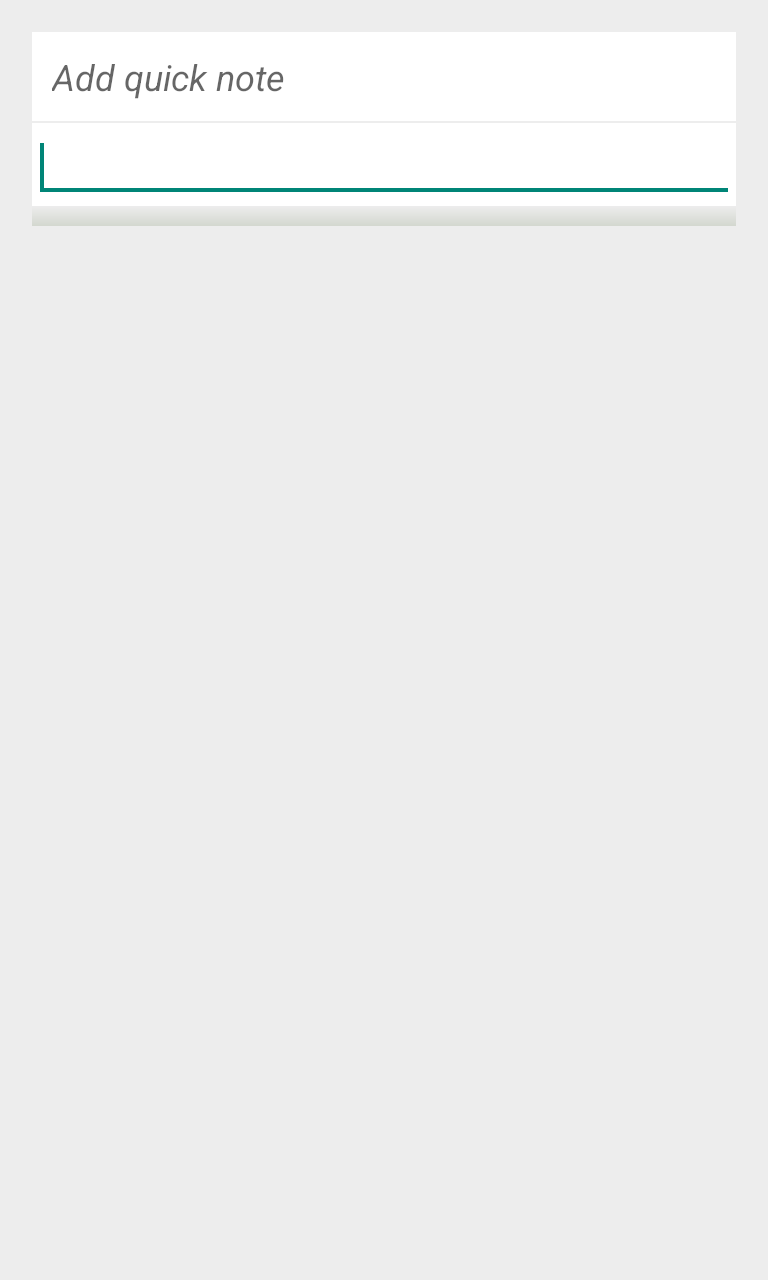
Repository: ishwormali/practices
Layout: Android/GoogleKeep/GoogleKeep/res/layout/fragment_main.xml
These files come from the project's save history. The layout is drawn as it stood at one moment and after the next save; the edit follows.
It is drawn on a 768 x 1280 px phone screen (xhdpi) without system bars, with theme Theme.Orangeboom; the app's code is not run.

Above is the layout before, as saved 2014-04-01 05:50:13.

### Android/GoogleKeep/GoogleKeep/res/layout/fragment_main.xml
<RelativeLayout xmlns:android="http://schemas.android.com/apk/res/android"
    xmlns:tools="http://schemas.android.com/tools"
    android:layout_width="match_parent"
    android:layout_height="match_parent"
    android:paddingBottom="@dimen/activity_vertical_margin"
    android:paddingLeft="@dimen/activity_horizontal_margin"
    android:paddingRight="@dimen/activity_horizontal_margin"
    android:paddingTop="@dimen/activity_vertical_margin"
    tools:context="com.practices.googlekeep.MainActivity$PlaceholderFragment"
    android:background="@color/main_background"
      >

    <LinearLayout
        android:layout_width="match_parent"
        android:layout_height="wrap_content"
        android:layout_alignParentTop="true"
        android:layout_centerHorizontal="true"
        android:background="@drawable/area_container"
        android:orientation="vertical" >

        <EditText
            android:id="@+id/text_quicknote"
            android:layout_width="match_parent"
            android:layout_height="wrap_content"
            android:ems="10"  android:hint="@string/add_quick_note"
            android:background="@drawable/edit_box"
            android:textColor="@android:color/black"
android:textCursorDrawable="@null" android:padding="10dp"
             >

            <requestFocus />
        </EditText>
        <View
android:layout_width="fill_parent"
android:layout_height="1dip"
android:background="@color/main_background" />
        <EditText
            android:id="@+id/text_quicknote2"
            android:layout_width="match_parent"
            android:layout_height="wrap_content"
            android:ems="10" >

            <requestFocus />
        </EditText>
        <View
    android:id="@+id/divider"
    android:background="@drawable/drop_shadow"
    android:layout_width="match_parent"
    android:layout_height="10sp"
     />
    </LinearLayout>

</RelativeLayout>

### Android/GoogleKeep/GoogleKeep/res/values-v14/themes.xml
<?xml version="1.0" encoding="utf-8"?>
<!-- File created by the Android Action Bar Style Generator

     Copyright (C) 2011 The Android Open Source Project
     Copyright (C) 2012 readyState Software Ltd

     Licensed under the Apache License, Version 2.0 (the "License");
     you may not use this file except in compliance with the License.
     You may obtain a copy of the License at

          http://www.apache.org/licenses/LICENSE-2.0

     Unless required by applicable law or agreed to in writing, software
     distributed under the License is distributed on an "AS IS" BASIS,
     WITHOUT WARRANTIES OR CONDITIONS OF ANY KIND, either express or implied.
     See the License for the specific language governing permissions and
     limitations under the License.
-->

<resources xmlns:android="http://schemas.android.com/apk/res/android">

    <style name="Theme.Orangeboom" parent="@style/Theme.AppCompat.Light">
        <item name="android:actionBarItemBackground">@drawable/selectable_background_orangeboom</item>
        <item name="android:popupMenuStyle">@style/PopupMenu.Orangeboom</item>
        <item name="android:dropDownListViewStyle">@style/DropDownListView.Orangeboom</item>
        <item name="android:actionBarTabStyle">@style/ActionBarTabStyle.Orangeboom</item>
        <item name="android:actionDropDownStyle">@style/DropDownNav.Orangeboom</item>
        <item name="android:actionBarStyle">@style/ActionBar.Solid.Orangeboom</item>
        <item name="android:actionModeBackground">@drawable/cab_background_top_orangeboom</item>
        <item name="android:actionModeSplitBackground">@drawable/cab_background_bottom_orangeboom</item>
        <item name="android:actionModeCloseButtonStyle">@style/ActionButton.CloseMode.Orangeboom</item>
         <item name="actionMenuTextColor">@android:color/white</item>

    </style>

    <style name="ActionBar.Solid.Orangeboom" parent="@style/Widget.AppCompat.Light.ActionBar.Solid">
        <item name="android:background">@drawable/ab_solid_orangeboom</item>
        <item name="android:backgroundStacked">@drawable/ab_stacked_solid_orangeboom</item>
        <item name="android:backgroundSplit">@drawable/ab_bottom_solid_orangeboom</item>
        <item name="android:progressBarStyle">@style/ProgressBar.Orangeboom</item>
       <item name="android:titleTextStyle">@style/ActionBar.TextStyle.Orangeboom</item>
<!--        <item name="android:logo">@drawable/text_x_todo</item> -->
    </style>

    <style name="ActionBar.TextStyle.Orangeboom"
           parent="@style/TextAppearance.AppCompat.Widget.ActionBar.Title">
        <item name="android:textColor">@android:color/white</item>
    </style>

    <style name="ActionBar.Transparent.Orangeboom" parent="@style/Widget.AppCompat.Light.ActionBar">
        <item name="android:background">@drawable/ab_transparent_orangeboom</item>
        <item name="android:progressBarStyle">@style/ProgressBar.Orangeboom</item>
    </style>

    <!-- this style is only referenced in a Light.DarkActionBar based theme -->
    <style name="Theme.Orangeboom.Widget" parent="@style/Theme.AppCompat">
        <item name="android:popupMenuStyle">@style/PopupMenu.Orangeboom</item>
        <item name="android:dropDownListViewStyle">@style/DropDownListView.Orangeboom</item>
    </style>

</resources>

### Android/GoogleKeep/GoogleKeep/res/values/themes.xml
<?xml version="1.0" encoding="utf-8"?>
<!-- File created by the Android Action Bar Style Generator

     Copyright (C) 2011 The Android Open Source Project
     Copyright (C) 2012 readyState Software Ltd

     Licensed under the Apache License, Version 2.0 (the "License");
     you may not use this file except in compliance with the License.
     You may obtain a copy of the License at

          http://www.apache.org/licenses/LICENSE-2.0

     Unless required by applicable law or agreed to in writing, software
     distributed under the License is distributed on an "AS IS" BASIS,
     WITHOUT WARRANTIES OR CONDITIONS OF ANY KIND, either express or implied.
     See the License for the specific language governing permissions and
     limitations under the License.
-->

<resources xmlns:android="http://schemas.android.com/apk/res/android">

    <style name="Theme.Orangeboom" parent="@style/Theme.AppCompat.Light">
        <item name="actionBarItemBackground">@drawable/selectable_background_orangeboom</item>
        <item name="popupMenuStyle">@style/PopupMenu.Orangeboom</item>
        <item name="dropDownListViewStyle">@style/DropDownListView.Orangeboom</item>
        <item name="actionBarTabStyle">@style/ActionBarTabStyle.Orangeboom</item>
        <item name="actionDropDownStyle">@style/DropDownNav.Orangeboom</item>
        <item name="actionBarStyle">@style/ActionBar.Solid.Orangeboom</item>
        <item name="actionModeBackground">@drawable/cab_background_top_orangeboom</item>
        <item name="actionModeSplitBackground">@drawable/cab_background_bottom_orangeboom</item>
        <item name="actionModeCloseButtonStyle">@style/ActionButton.CloseMode.Orangeboom</item>
 <item name="actionMenuTextColor">@android:color/white</item>


    </style>

    <style name="ActionBar.Solid.Orangeboom" parent="@style/Widget.AppCompat.Light.ActionBar.Solid">
        <item name="background">@drawable/ab_solid_orangeboom</item>
        <item name="backgroundStacked">@drawable/ab_stacked_solid_orangeboom</item>
        <item name="backgroundSplit">@drawable/ab_bottom_solid_orangeboom</item>
        <item name="progressBarStyle">@style/ProgressBar.Orangeboom</item>
         <item name="titleTextStyle">@style/ActionBar.TextStyle.Orangeboom</item>
<!--          <item name="logo">@drawable/text_x_todo</item> -->
    </style>

     <style name="ActionBar.TextStyle.Orangeboom"
           parent="@style/TextAppearance.AppCompat.Widget.ActionBar.Title">
        <item name="android:textColor">@android:color/white</item>
    </style>

    <style name="ActionBar.Transparent.Orangeboom" parent="@style/Widget.AppCompat.Light.ActionBar">
        <item name="background">@drawable/ab_transparent_orangeboom</item>
        <item name="progressBarStyle">@style/ProgressBar.Orangeboom</item>
    </style>

    <style name="PopupMenu.Orangeboom" parent="@style/Widget.AppCompat.Light.PopupMenu">
        <item name="android:popupBackground">@drawable/menu_dropdown_panel_orangeboom</item>
    </style>

    <style name="DropDownListView.Orangeboom" parent="@style/Widget.AppCompat.Light.ListView.DropDown">
        <item name="android:listSelector">@drawable/selectable_background_orangeboom</item>
    </style>

    <style name="ActionBarTabStyle.Orangeboom" parent="@style/Widget.AppCompat.Light.ActionBar.TabView">
        <item name="android:background">@drawable/tab_indicator_ab_orangeboom</item>
        <item name="android:textColor">@android:color/white</item>
    </style>

    <style name="DropDownNav.Orangeboom" parent="@style/Widget.AppCompat.Light.Spinner.DropDown.ActionBar">
        <item name="android:background">@drawable/spinner_background_ab_orangeboom</item>
        <item name="android:popupBackground">@drawable/menu_dropdown_panel_orangeboom</item>
        <item name="android:dropDownSelector">@drawable/selectable_background_orangeboom</item>
    </style>

    <style name="ProgressBar.Orangeboom" parent="@style/Widget.AppCompat.ProgressBar.Horizontal">
        <item name="android:progressDrawable">@drawable/progress_horizontal_orangeboom</item>
    </style>

    <style name="ActionButton.CloseMode.Orangeboom" parent="@style/Widget.AppCompat.Light.ActionButton.CloseMode">
        <item name="android:background">@drawable/btn_cab_done_orangeboom</item>
    </style>

    <!-- this style is only referenced in a Light.DarkActionBar based theme -->
    <style name="Theme.Orangeboom.Widget" parent="@style/Theme.AppCompat">
        <item name="popupMenuStyle">@style/PopupMenu.Orangeboom</item>
        <item name="dropDownListViewStyle">@style/DropDownListView.Orangeboom</item>
    </style>

</resources>

### Android/GoogleKeep/GoogleKeep/res/drawable/selectable_background_orangeboom.xml
<?xml version="1.0" encoding="utf-8"?>
<!-- File created by the Android Action Bar Style Generator

     Copyright (C) 2011 The Android Open Source Project
     Copyright (C) 2012 readyState Software Ltd

     Licensed under the Apache License, Version 2.0 (the "License");
     you may not use this file except in compliance with the License.
     You may obtain a copy of the License at

          http://www.apache.org/licenses/LICENSE-2.0

     Unless required by applicable law or agreed to in writing, software
     distributed under the License is distributed on an "AS IS" BASIS,
     WITHOUT WARRANTIES OR CONDITIONS OF ANY KIND, either express or implied.
     See the License for the specific language governing permissions and
     limitations under the License.
-->

<selector xmlns:android="http://schemas.android.com/apk/res/android"
        android:exitFadeDuration="@android:integer/config_mediumAnimTime" >
    <item android:state_pressed="false" android:state_focused="true" android:drawable="@drawable/list_focused_orangeboom" />
    <item android:state_pressed="true" android:drawable="@drawable/list_pressed_orangeboom" />
    <item android:drawable="@android:color/transparent" />
</selector>

### Android/GoogleKeep/GoogleKeep/res/drawable/btn_cab_done_orangeboom.xml
<?xml version="1.0" encoding="utf-8"?>
<!-- File created by the Android Action Bar Style Generator

     Copyright (C) 2011 The Android Open Source Project
     Copyright (C) 2012 readyState Software Ltd

     Licensed under the Apache License, Version 2.0 (the "License");
     you may not use this file except in compliance with the License.
     You may obtain a copy of the License at

          http://www.apache.org/licenses/LICENSE-2.0

     Unless required by applicable law or agreed to in writing, software
     distributed under the License is distributed on an "AS IS" BASIS,
     WITHOUT WARRANTIES OR CONDITIONS OF ANY KIND, either express or implied.
     See the License for the specific language governing permissions and
     limitations under the License.
-->

<selector xmlns:android="http://schemas.android.com/apk/res/android">
    <item android:state_pressed="true"
        android:drawable="@drawable/btn_cab_done_pressed_orangeboom" />
    <item android:state_focused="true" android:state_enabled="true"
        android:drawable="@drawable/btn_cab_done_focused_orangeboom" />
    <item android:state_enabled="true"
        android:drawable="@drawable/btn_cab_done_default_orangeboom" />
</selector>

### Android/GoogleKeep/GoogleKeep/res/drawable/progress_horizontal_orangeboom.xml
<?xml version="1.0" encoding="utf-8"?>
<!-- File created by the Android Action Bar Style Generator

     Copyright (C) 2011 The Android Open Source Project
     Copyright (C) 2012 readyState Software Ltd

     Licensed under the Apache License, Version 2.0 (the "License");
     you may not use this file except in compliance with the License.
     You may obtain a copy of the License at

          http://www.apache.org/licenses/LICENSE-2.0

     Unless required by applicable law or agreed to in writing, software
     distributed under the License is distributed on an "AS IS" BASIS,
     WITHOUT WARRANTIES OR CONDITIONS OF ANY KIND, either express or implied.
     See the License for the specific language governing permissions and
     limitations under the License.
-->

<layer-list xmlns:android="http://schemas.android.com/apk/res/android">

    <item android:id="@android:id/background"
          android:drawable="@drawable/progress_bg_orangeboom" />

    <item android:id="@android:id/secondaryProgress">
        <scale android:scaleWidth="100%"
               android:drawable="@drawable/progress_secondary_orangeboom" />
    </item>

    <item android:id="@android:id/progress">
        <scale android:scaleWidth="100%"
               android:drawable="@drawable/progress_primary_orangeboom" />
    </item>

</layer-list>

### Android/GoogleKeep/GoogleKeep/res/drawable/spinner_background_ab_orangeboom.xml
<?xml version="1.0" encoding="utf-8"?>
<!-- File created by the Android Action Bar Style Generator

     Copyright (C) 2011 The Android Open Source Project
     Copyright (C) 2012 readyState Software Ltd

     Licensed under the Apache License, Version 2.0 (the "License");
     you may not use this file except in compliance with the License.
     You may obtain a copy of the License at

          http://www.apache.org/licenses/LICENSE-2.0

     Unless required by applicable law or agreed to in writing, software
     distributed under the License is distributed on an "AS IS" BASIS,
     WITHOUT WARRANTIES OR CONDITIONS OF ANY KIND, either express or implied.
     See the License for the specific language governing permissions and
     limitations under the License.
-->

<selector xmlns:android="http://schemas.android.com/apk/res/android">
    <item android:state_enabled="false"
        android:drawable="@drawable/spinner_ab_disabled_orangeboom" />
    <item android:state_pressed="true"
        android:drawable="@drawable/spinner_ab_pressed_orangeboom" />
    <item android:state_pressed="false" android:state_focused="true"
        android:drawable="@drawable/spinner_ab_focused_orangeboom" />
    <item android:drawable="@drawable/spinner_ab_default_orangeboom" />
</selector>

### Android/GoogleKeep/GoogleKeep/res/drawable/tab_indicator_ab_orangeboom.xml
<?xml version="1.0" encoding="utf-8"?>
<!-- File created by the Android Action Bar Style Generator

     Copyright (C) 2011 The Android Open Source Project
     Copyright (C) 2012 readyState Software Ltd

     Licensed under the Apache License, Version 2.0 (the "License");
     you may not use this file except in compliance with the License.
     You may obtain a copy of the License at

          http://www.apache.org/licenses/LICENSE-2.0

     Unless required by applicable law or agreed to in writing, software
     distributed under the License is distributed on an "AS IS" BASIS,
     WITHOUT WARRANTIES OR CONDITIONS OF ANY KIND, either express or implied.
     See the License for the specific language governing permissions and
     limitations under the License.
-->

<selector xmlns:android="http://schemas.android.com/apk/res/android">
    <!-- Non focused states -->
    <item android:state_focused="false" android:state_selected="false" android:state_pressed="false" android:drawable="@android:color/transparent" />
    <item android:state_focused="false" android:state_selected="true"  android:state_pressed="false" android:drawable="@drawable/tab_selected_orangeboom" />

    <!-- Focused states -->
    <item android:state_focused="true" android:state_selected="false" android:state_pressed="false" android:drawable="@drawable/tab_unselected_focused_orangeboom" />
    <item android:state_focused="true" android:state_selected="true"  android:state_pressed="false" android:drawable="@drawable/tab_selected_focused_orangeboom" />

    <!-- Pressed -->
    <!--    Non focused states -->
    <item android:state_focused="false" android:state_selected="false" android:state_pressed="true" android:drawable="@drawable/tab_unselected_pressed_orangeboom" />
    <item android:state_focused="false" android:state_selected="true"  android:state_pressed="true" android:drawable="@drawable/tab_selected_pressed_orangeboom" />

    <!--    Focused states -->
    <item android:state_focused="true" android:state_selected="false" android:state_pressed="true" android:drawable="@drawable/tab_unselected_pressed_orangeboom" />
    <item android:state_focused="true" android:state_selected="true"  android:state_pressed="true" android:drawable="@drawable/tab_selected_pressed_orangeboom" />
</selector>

### Android/GoogleKeep/GoogleKeep/res/values/dimens.xml
<resources>

    <!-- Default screen margins, per the Android Design guidelines. -->
    <dimen name="activity_horizontal_margin">16dp</dimen>
    <dimen name="activity_vertical_margin">16dp</dimen>

</resources>

### Android/GoogleKeep/GoogleKeep/res/values/Color.xml
<?xml version="1.0" encoding="utf-8"?>
<resources>
    <color name="main_background">#EDEDED</color>
    <color name="area_container_background">#FFFFFF</color>

</resources>

### Android/GoogleKeep/GoogleKeep/res/drawable/area_container.xml
<?xml version="1.0" encoding="utf-8"?>
<shape xmlns:android="http://schemas.android.com/apk/res/android"

    >
    <solid android:color="@color/area_container_background"/>

</shape>

### Android/GoogleKeep/GoogleKeep/res/values/strings.xml
<?xml version="1.0" encoding="utf-8"?>
<resources>

    <string name="app_name">GoogleKeep</string>
    <string name="hello_world">Hello world!</string>
    <string name="action_settings">Settings</string>
	<string name="add_quick_note"><i>Add quick note</i></string>
</resources>

### Android/GoogleKeep/GoogleKeep/res/drawable/edit_box.xml
<?xml version="1.0" encoding="utf-8"?>
<shape xmlns:android="http://schemas.android.com/apk/res/android"
    android:shape="rectangle"
    android:padding="10dp"
     >

<solid android:color="#FFFFFF"/>

</shape>

### Android/GoogleKeep/GoogleKeep/res/drawable/drop_shadow.xml
<?xml version="1.0" encoding="utf-8"?>
<shape xmlns:android="http://schemas.android.com/apk/res/android" android:shape="rectangle">
  <gradient
    android:startColor="#d3d7cf"

    android:endColor="@color/main_background"
    android:angle="90" />
</shape>

Loaded but not shown: Android/GoogleKeep/GoogleKeep/res/values-w820dp/dimens.xml (common file)

After the next save:
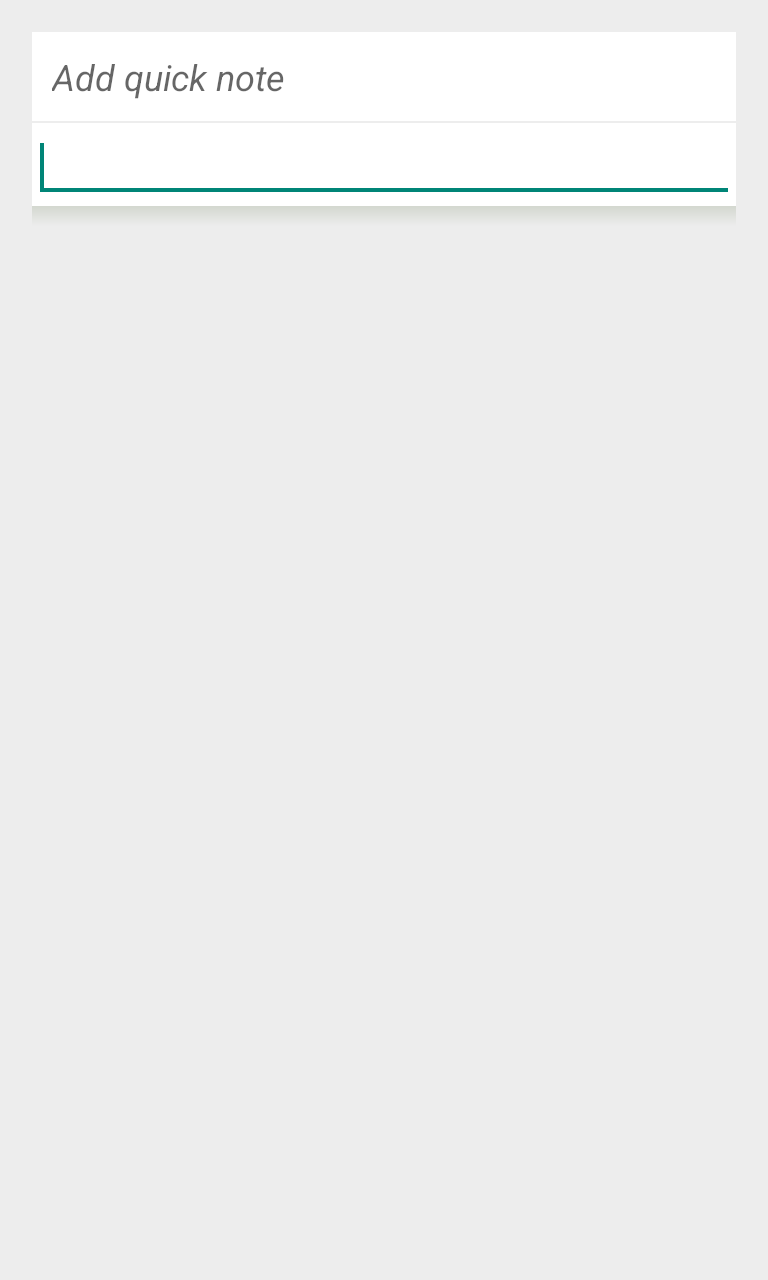
Saved 34 s later.
--- a/Android/GoogleKeep/GoogleKeep/res/drawable/drop_shadow.xml
+++ b/Android/GoogleKeep/GoogleKeep/res/drawable/drop_shadow.xml
@@ -1,8 +1,8 @@
 <?xml version="1.0" encoding="utf-8"?>
 <shape xmlns:android="http://schemas.android.com/apk/res/android" android:shape="rectangle">
   <gradient
-    android:startColor="#d3d7cf"
+    android:startColor="@color/main_background"
 
-    android:endColor="@color/main_background"
+    android:endColor="#d3d7cf"
     android:angle="90" />
 </shape>
